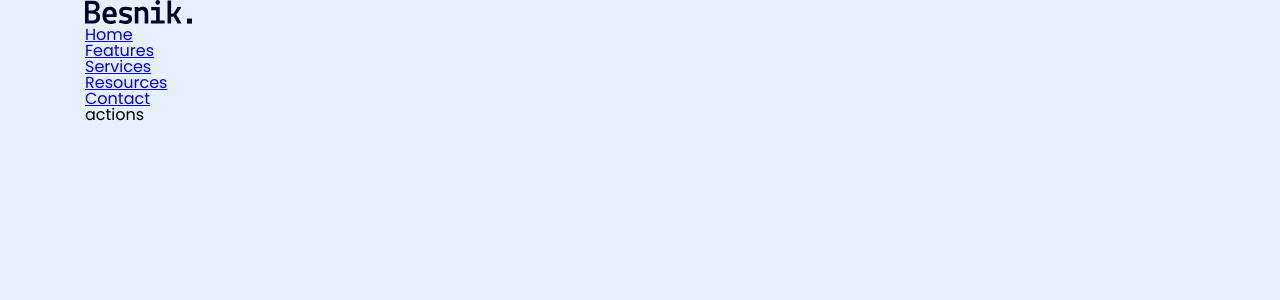
Repository: empty24062002/f8-htmlcss-01
Page: index.html
These files come from the project's save history. The page is drawn as it stood at one moment and after the next save; the edit follows.
The browser window is 1280 px wide. The pictures show the whole page.

Above is the page before, as saved 2023-07-11 11:51:47.

### index.html
<!DOCTYPE html>
<html lang="en">
    <head>
        <meta charset="UTF-8" />
        <meta name="viewport" content="width=device-width, initial-scale=1.0" />
        <title>F8 PROJECT 01</title>
        <link rel="stylesheet" href="./assets/css/reset.css" />
        <link rel="stylesheet" href="./assets/fonts/stylesheet.css" />
        <link rel="stylesheet" href="./assets/css/styles.css" />
    </head>
    <body>
        <main>
            <!-- Header -->
            <header class="header">
                <div class="content">
                    <nav class="navbar">
                        <!-- Logo -->
                        <img src="./assets/img/Logo.svg" alt="Besnik." />
                        <!-- Navigation -->
                        <ul>
                            <li><a href="#!">Home</a></li>
                            <li><a href="#!">Features</a></li>
                            <li><a href="#!">Services</a></li>
                            <li><a href="#!">Resources</a></li>
                            <li><a href="#!">Contact</a></li>
                        </ul>
                        <!-- Action -->
                        <div class="actions">actions</div>
                    </nav>
                </div>
            </header>
        </main>
    </body>
</html>

### assets/fonts/stylesheet.css
/* =======Poppins======= */
@font-face {
    font-family: "Poppins";
    src: url("Poppins/Poppins-Black.woff2") format("woff2"),
        url("Poppins/Poppins-Black.woff") format("woff");
    font-weight: 900;
    font-style: normal;
    font-display: swap;
}

@font-face {
    font-family: "Poppins";
    src: url("Poppins/Poppins-BlackItalic.woff2") format("woff2"),
        url("Poppins/Poppins-BlackItalic.woff") format("woff");
    font-weight: 900;
    font-style: italic;
    font-display: swap;
}

@font-face {
    font-family: "Poppins";
    src: url("Poppins/Poppins-Bold.woff2") format("woff2"),
        url("Poppins/Poppins-Bold.woff") format("woff");
    font-weight: bold;
    font-style: normal;
    font-display: swap;
}

@font-face {
    font-family: "Poppins";
    src: url("Poppins/Poppins-Light.woff2") format("woff2"),
        url("Poppins/Poppins-Light.woff") format("woff");
    font-weight: 300;
    font-style: normal;
    font-display: swap;
}

@font-face {
    font-family: "Poppins";
    src: url("Poppins/Poppins-ExtraLight.woff2") format("woff2"),
        url("Poppins/Poppins-ExtraLight.woff") format("woff");
    font-weight: 200;
    font-style: normal;
    font-display: swap;
}

@font-face {
    font-family: "Poppins";
    src: url("Poppins/Poppins-ExtraLightItalic.woff2") format("woff2"),
        url("Poppins/Poppins-ExtraLightItalic.woff") format("woff");
    font-weight: 200;
    font-style: italic;
    font-display: swap;
}

@font-face {
    font-family: "Poppins";
    src: url("Poppins/Poppins-ExtraBoldItalic.woff2") format("woff2"),
        url("Poppins/Poppins-ExtraBoldItalic.woff") format("woff");
    font-weight: bold;
    font-style: italic;
    font-display: swap;
}

@font-face {
    font-family: "Poppins";
    src: url("Poppins/Poppins-Italic.woff2") format("woff2"),
        url("Poppins/Poppins-Italic.woff") format("woff");
    font-weight: normal;
    font-style: italic;
    font-display: swap;
}

@font-face {
    font-family: "Poppins";
    src: url("Poppins/Poppins-BoldItalic.woff2") format("woff2"),
        url("Poppins/Poppins-BoldItalic.woff") format("woff");
    font-weight: bold;
    font-style: italic;
    font-display: swap;
}

@font-face {
    font-family: "Poppins";
    src: url("Poppins/Poppins-ExtraBold.woff2") format("woff2"),
        url("Poppins/Poppins-ExtraBold.woff") format("woff");
    font-weight: bold;
    font-style: normal;
    font-display: swap;
}

@font-face {
    font-family: "Poppins";
    src: url("Poppins/Poppins-Regular.woff2") format("woff2"),
        url("Poppins/Poppins-Regular.woff") format("woff");
    font-weight: normal;
    font-style: normal;
    font-display: swap;
}

@font-face {
    font-family: "Poppins";
    src: url("Poppins/Poppins-SemiBold.woff2") format("woff2"),
        url("Poppins/Poppins-SemiBold.woff") format("woff");
    font-weight: 600;
    font-style: normal;
    font-display: swap;
}

@font-face {
    font-family: "Poppins";
    src: url("Poppins/Poppins-ThinItalic.woff2") format("woff2"),
        url("Poppins/Poppins-ThinItalic.woff") format("woff");
    font-weight: 100;
    font-style: italic;
    font-display: swap;
}

@font-face {
    font-family: "Poppins";
    src: url("Poppins/Poppins-Medium.woff2") format("woff2"),
        url("Poppins/Poppins-Medium.woff") format("woff");
    font-weight: 500;
    font-style: normal;
    font-display: swap;
}

@font-face {
    font-family: "Poppins";
    src: url("Poppins/Poppins-Thin.woff2") format("woff2"),
        url("Poppins/Poppins-Thin.woff") format("woff");
    font-weight: 100;
    font-style: normal;
    font-display: swap;
}

@font-face {
    font-family: "Poppins";
    src: url("Poppins/Poppins-SemiBoldItalic.woff2") format("woff2"),
        url("Poppins/Poppins-SemiBoldItalic.woff") format("woff");
    font-weight: 600;
    font-style: italic;
    font-display: swap;
}

@font-face {
    font-family: "Poppins";
    src: url("Poppins/Poppins-MediumItalic.woff2") format("woff2"),
        url("Poppins/Poppins-MediumItalic.woff") format("woff");
    font-weight: 500;
    font-style: italic;
    font-display: swap;
}

@font-face {
    font-family: "Poppins";
    src: url("Poppins/Poppins-LightItalic.woff2") format("woff2"),
        url("Poppins/Poppins-LightItalic.woff") format("woff");
    font-weight: 300;
    font-style: italic;
    font-display: swap;
}

### assets/css/styles.css
* {
    box-sizing: border-box;
}

html {
    font-size: 62.5%;
}

body {
    font-size: 1.6rem;
    font-family: "Poppins";
}
/* Common */
.content {
    width: 1110px;
    margin-left: auto;
    margin-right: auto;
}

/* Header */
.header {
    background-color: #e6f0ff;
    height: 100vh;
}

Loaded but not shown: assets/css/reset.css (common file)

After the next save:
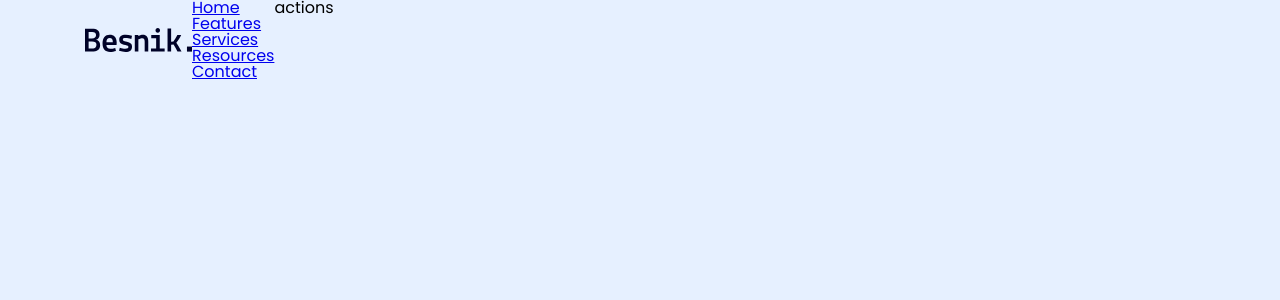
Saved 34 s later.
--- a/assets/css/styles.css
+++ b/assets/css/styles.css
@@ -22,3 +22,7 @@
     background-color: #e6f0ff;
     height: 100vh;
 }
+
+.navbar {
+    display: flex;
+}
